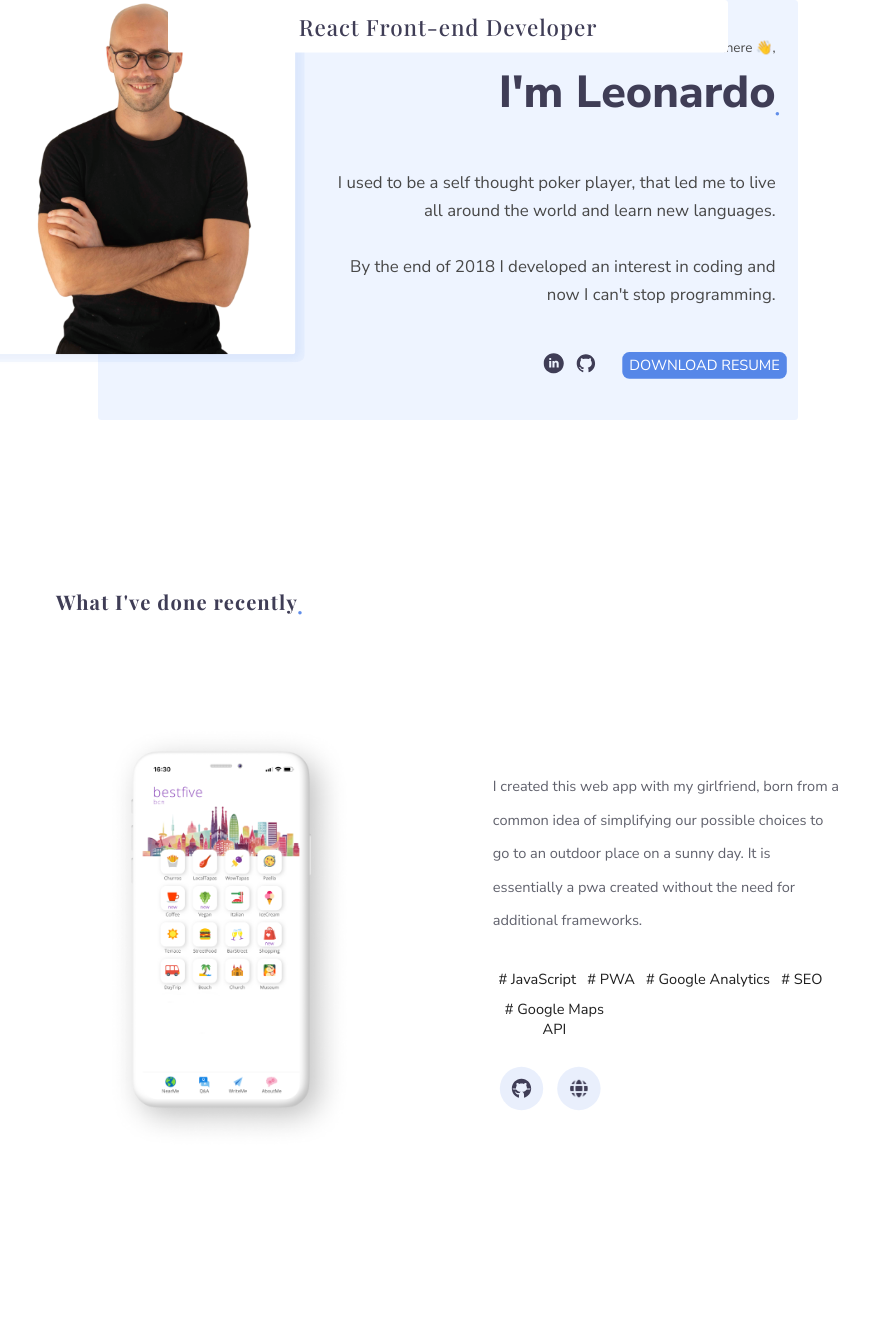
Repository: Easaaa/Portfolio-2020
Page: index.html
The author's editor kept a copy of each file at every save. The page is drawn from the files as they stood at one save, then again after the next save.
The browser window is 1280 px wide. The pictures show the part of the page from y = 0 to 1920 px (the page is 6588 px tall), at 70% of full size.
The style sheet was rebuilt from its Sass, Less or Tailwind sources for each picture, by a compiler version that may differ from the author's.

Above is the page before, as saved 2020-02-28 16:09:50.

After the next save:
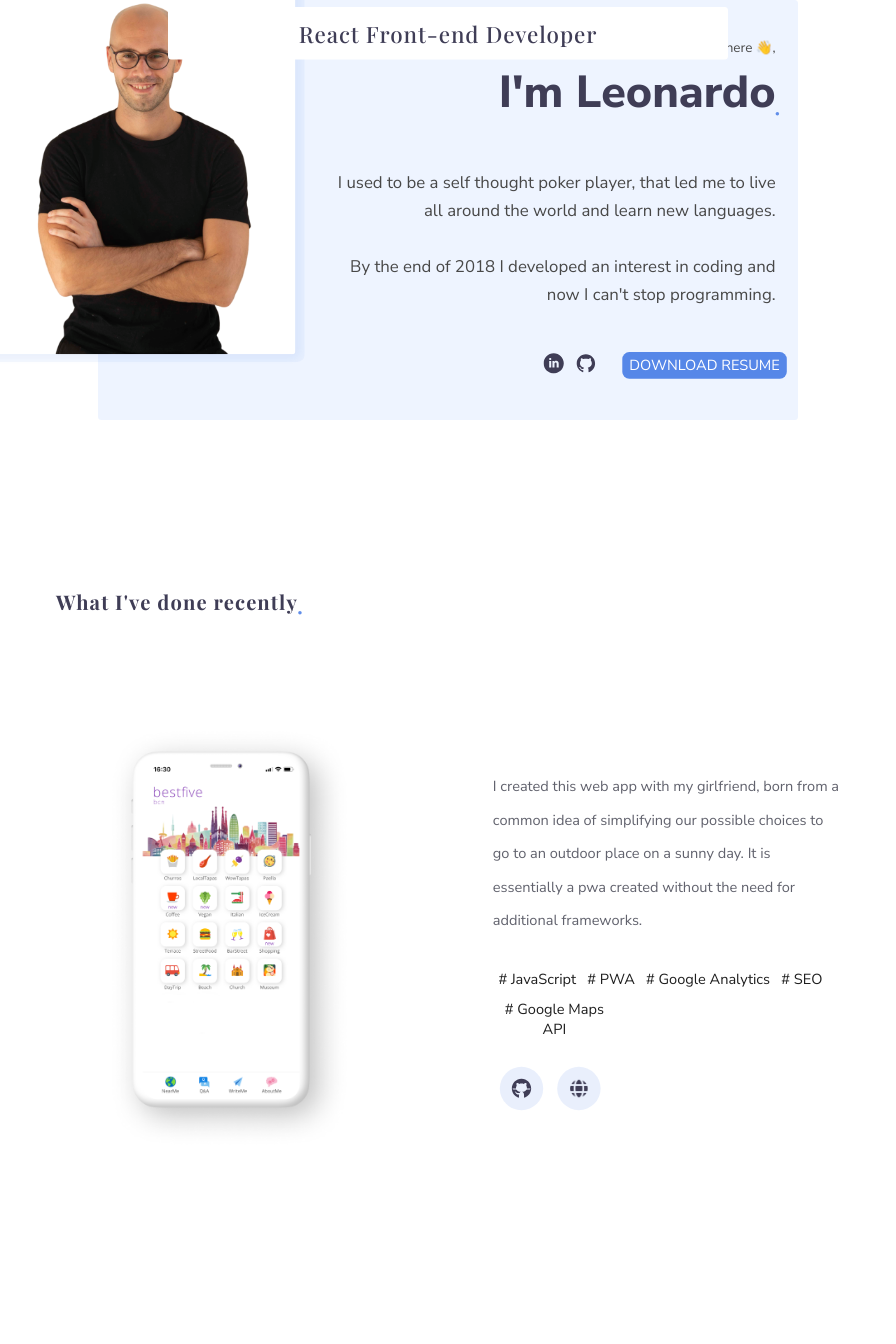
Saved 48 s later.
--- a/stylesheets/scss/main.scss
+++ b/stylesheets/scss/main.scss
@@ -456,7 +456,7 @@
       z-index: 3;
       font-family: "Playfair Display", serif;
       background: white;
-      top: 0;
+      top: 10px;
       margin-left: -400px;
       border-radius: 5px;
       color: #3f3d56;
